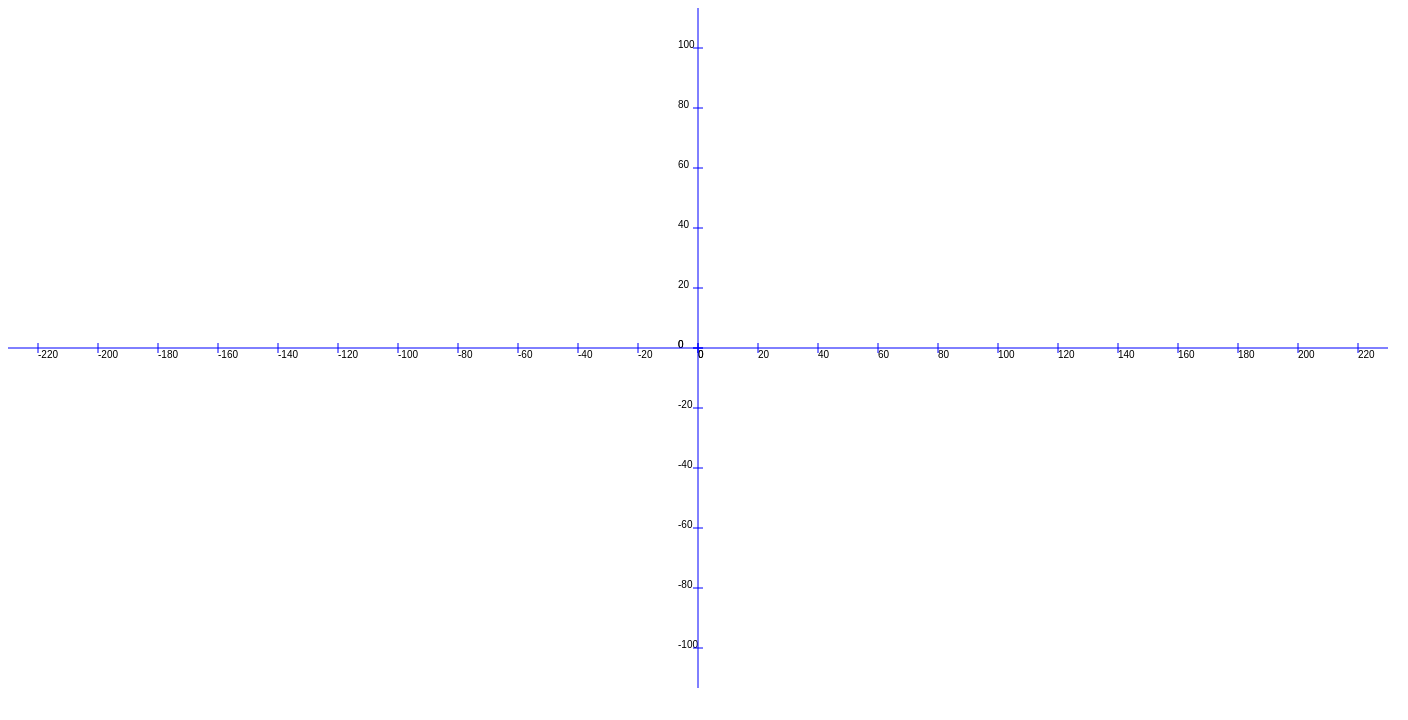
Repository: tclintaichung/book
Page: ex16/ex16_01/frame.html
The author's editor kept a copy of each file at every save. The page is drawn from the files as they stood at one save, then again after the next save.
The browser window is 1280 px wide. The page is 1408 px wide, so the pictures cover 1408 px, including what lies to the right of the window. The pictures show the whole page.

Above is the page before, as saved 2025-09-27 16:18:06.

### ex16/ex16_01/frame.html
<!DOCTYPE html>
<html lang="en">
<head>
    <meta charset="UTF-8">
    <meta name="viewport" content="width=device-width, initial-scale=1.0">
    <title>Parabola curves</title>
</head>
<body>
    <canvas id="myCanvas" width="300px" height="300px"></canvas>
    <script>
        const a = 3;
        const b = -6;
        const c = 4;
        const colors = ["#FF0000", "#00FF00", "#0000FF", "#FFFF00", "#FFA500", "#FFFFFF"];
        const myCanvas = document.getElementById("myCanvas");
        const ctx = myCanvas.getContext("2d");
        myCanvas.width = 1400;
        myCanvas.height = 700
        const point_x = [];
        const point_y1 = [];
        const point_y2 = [];
        const scale = 3.;

        frame(0, myCanvas.width - 20, 0, myCanvas.height - 20, scale);

        function frame(x_min, x_max, y_min, y_max, scale) {
            const center_x = (x_min + x_max) / 2;
            const center_y = (y_min + y_max) / 2;
            const step = 20 * scale;
            ctx.beginPath();
            ctx.moveTo(x_min, center_y);
            ctx.lineTo(x_max, center_y);
            ctx.moveTo(center_x, y_min);
            ctx.lineTo(center_x, y_max);
            ctx.strokeStyle = colors[2];
            ctx.lineWidth = 1;

            let label_i = 0;
            for (let i = center_x; i <= x_max; i += step) {
                label_i = (i - center_x) / scale;
                ctx.moveTo(i, center_y - 5);
                ctx.lineTo(i, center_y + 5);
                ctx.fillText(String(label_i), i, center_y + 10);
            }
            for (let i = center_x; i >= x_min; i -= step) {
                label_i = (i - center_x) / scale;
                ctx.moveTo(i, center_y - 5);
                ctx.lineTo(i, center_y + 5);
                ctx.fillText(String(label_i), i, center_y + 10);
            }
            for (let i = center_y; i <= y_max; i += step) {
                label_i = (i - center_y) / scale;
                ctx.moveTo(center_x - 5, i);
                ctx.lineTo(center_x + 5, i);
                ctx.fillText(String(label_i), center_x - 20, y_max -i);
            }
            for (let i = center_y; i >= y_min; i -= step) {
                label_i = (i - center_y) / scale;
                ctx.moveTo(center_x - 5, i);
                ctx.lineTo(center_x + 5, i);
                ctx.fillText(String(label_i), center_x - 20, y_max -i);
            }
            ctx.stroke();
        }
   </script>
</body>
</html>

After the next save:
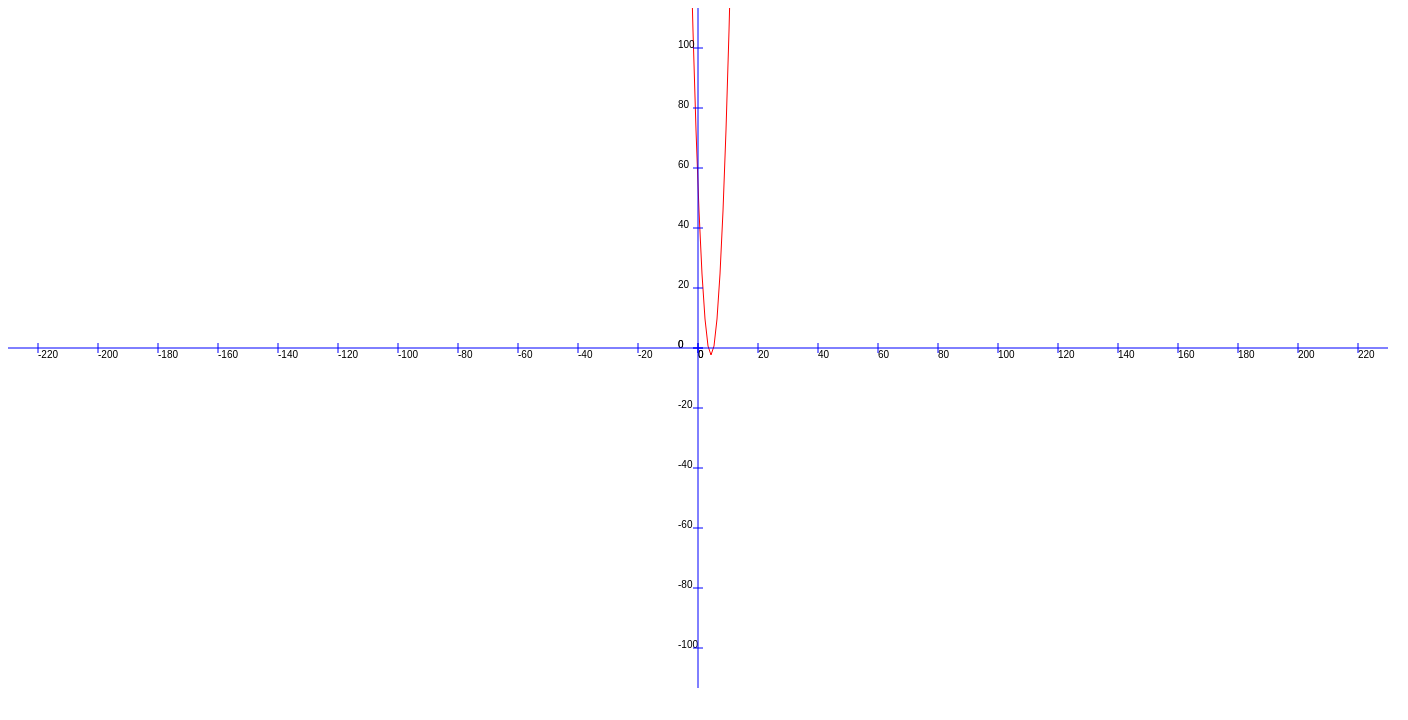
Saved 12 min 10 s later.
--- a/ex16/ex16_01/frame.html
+++ b/ex16/ex16_01/frame.html
@@ -17,13 +17,14 @@
         myCanvas.width = 1400;
         myCanvas.height = 700
         const point_x = [];
-        const point_y1 = [];
-        const point_y2 = [];
+        const point_y = [];
         const scale = 3.;
 
-        frame(0, myCanvas.width - 20, 0, myCanvas.height - 20, scale);
+        parabola(point_x, point_y);
+        drawCurve(point_x, point_y, scale);
+        drawFrame(0, myCanvas.width - 20, 0, myCanvas.height - 20, scale);
 
-        function frame(x_min, x_max, y_min, y_max, scale) {
+        function drawFrame(x_min, x_max, y_min, y_max, scale) {
             const center_x = (x_min + x_max) / 2;
             const center_y = (y_min + y_max) / 2;
             const step = 20 * scale;
@@ -62,6 +63,22 @@
             }
             ctx.stroke();
         }
+        function parabola(point_x, point_y) {
+            for (let i = -200; i <= 200; i++) {
+                point_x.push(i);
+                point_y.push(a * i * i + b * i + c);
+            }
+        }
+        function drawCurve(point_x, point_y, scale) {
+            ctx.beginPath();
+            ctx.moveTo(point_x[0] * scale + myCanvas.width / 2, myCanvas.height / 2 - point_y[0] * scale);
+            for (let i = 1; i < point_x.length; i++) {
+                ctx.lineTo(point_x[i] * scale + myCanvas.width / 2, myCanvas.height / 2 - point_y[i] * scale);
+            }
+            ctx.strokeStyle = colors[0];
+            ctx.lineWidth = 1;
+            ctx.stroke();
+        }
    </script>
 </body>
 </html>
